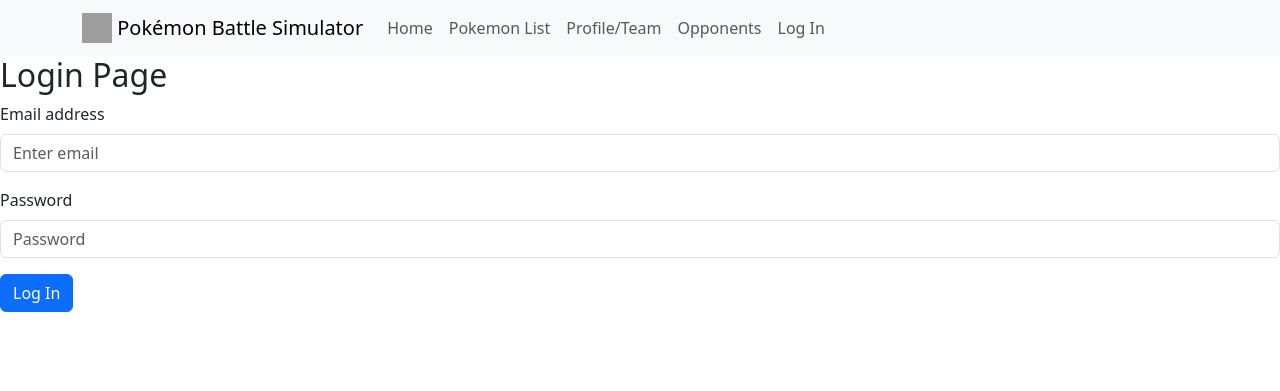
Repository: chsbca/Pokemon-Battle-Simulator
Page: /login (app in front-end/)
An editor plug-in stored every save of this project. The page is shown before and after the next save, followed by the edit.
The browser window is 1280 px wide. The pictures show the whole page.
Pictures or frames that could not be fetched are drawn as grey boxes. The project was rebuilt for these pictures with package versions that can differ from the ones it lists, and the page was loaded fresh each time. Also part of the build but not shown: front-end/vite.config.js, front-end/src/components/ProtectedRoute.jsx, front-end/src/pages/Error404Page.jsx, front-end/src/pages/HomePage.jsx, front-end/src/fetching/PokemonFetch.jsx, front-end/src/pages/PokemonListPage.jsx, front-end/src/pages/ProfilePage.jsx, front-end/src/pages/OpponentsPage.jsx.

Above is the page before, as saved 2024-04-13 16:22:18.

After the next save:
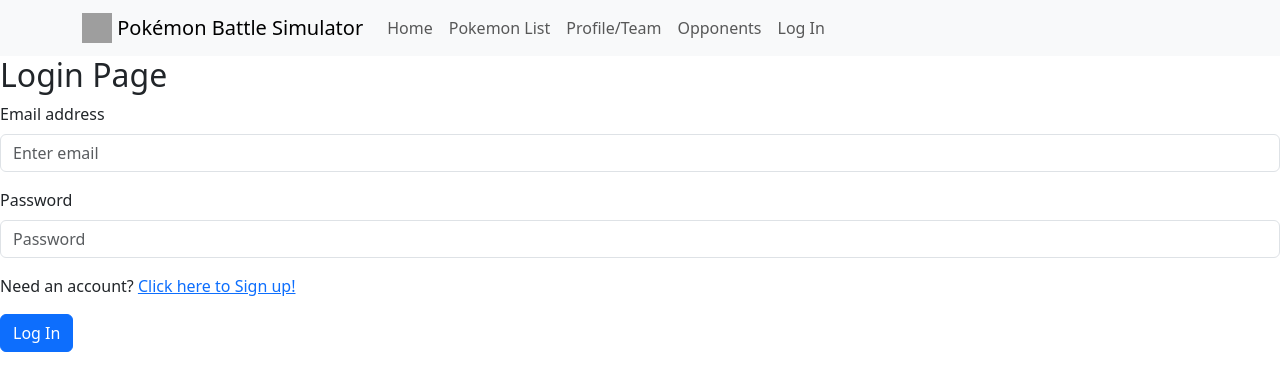
Saved 33 min 46 s later.
--- a/front-end/src/pages/LoginPage.jsx
+++ b/front-end/src/pages/LoginPage.jsx
@@ -3,26 +3,27 @@
 import axios from 'axios';
 import Button from "react-bootstrap/Button";
 import Form from "react-bootstrap/Form";
-import { useUser } from '../components/UserContext';  // Correct path as needed
+import { Link } from 'react-router-dom'; // Import Link from react-router-dom
+import { useUser } from '../components/UserContext';
 
 function LoginPage() {
     const [email, setEmail] = useState('');
     const [password, setPassword] = useState('');
     const navigate = useNavigate();
-    const { setUser } = useUser();  // Use the setUser from context
+    const { setUser } = useUser();
 
     const handleLogin = async (event) => {
         event.preventDefault();
         try {
-            const response = await axios.post('http://localhost:8000/poke_user/login/', { email, password });  // Ensure correct URL
+            const response = await axios.post('http://localhost:8000/poke_user/login/', { email, password });
             console.log('Login successful:', response.data);
             localStorage.setItem('user', JSON.stringify(response.data.user));
             localStorage.setItem('token', response.data.token);
-            setUser(response.data.user);  // Update user state in context
-            navigate('/'); // redirect to home or another path upon success
+            setUser(response.data.user);
+            navigate('/');
         } catch (error) {
             console.error('Login failed:', error);
-            alert('Login failed!'); // Show user-friendly error message
+            alert('Login failed!');
         }
     };
 
@@ -49,6 +50,9 @@
                         onChange={(e) => setPassword(e.target.value)}
                     />
                 </Form.Group>
+                <div className="mb-3">
+                    Need an account? <Link to="/signup">Click here to Sign up!</Link>
+                </div>
                 <Button variant="primary" type="submit">
                     Log In
                 </Button>
